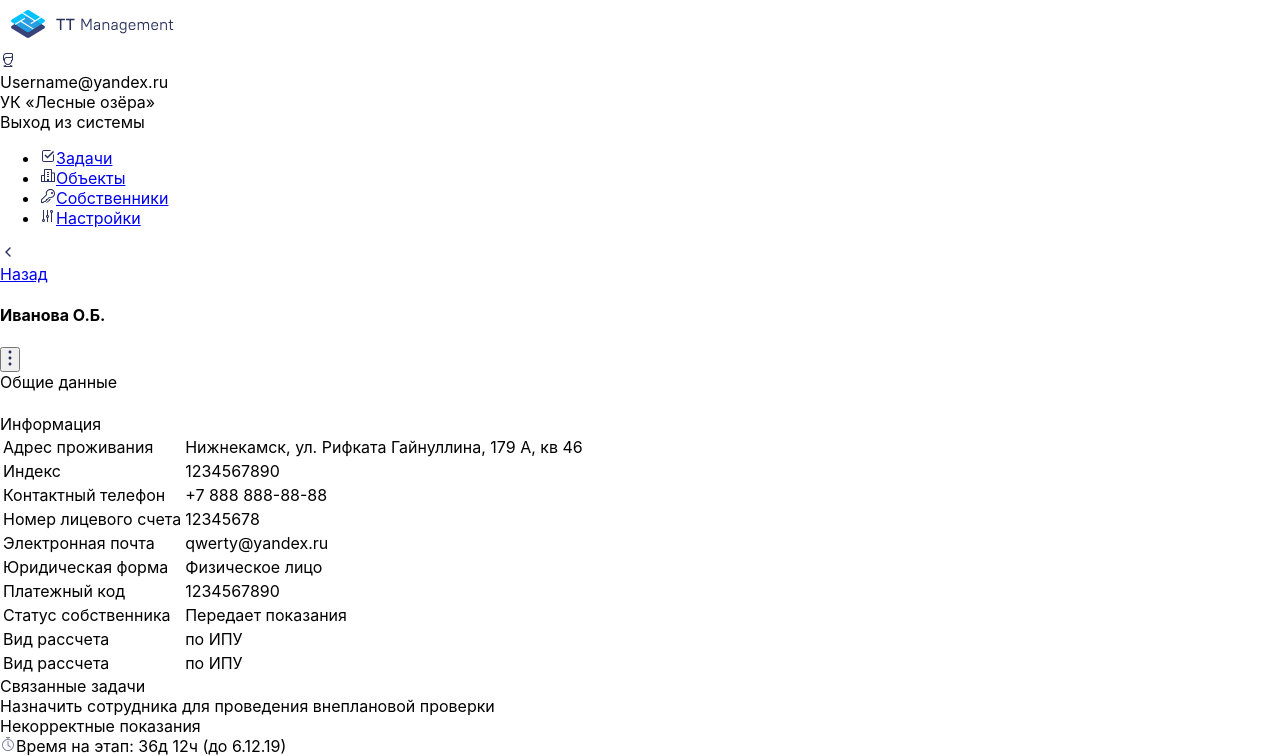
Repository: TryBr/tt-management
Page: /owners/1
An editor plug-in stored every save of this project. The page is shown before and after the next save, followed by the edit.
The browser window is 1280 px wide. The pictures show the whole page.
The project was rebuilt for these pictures with package versions that can differ from the ones it lists, and the page was loaded fresh each time. Also part of the build but not shown: src/App.css, src/TaskDetail.js, src/Owners.js, src/OwnerEdit.js.

Above is the page before, as saved 2020-07-21 13:43:14.

After the next save:
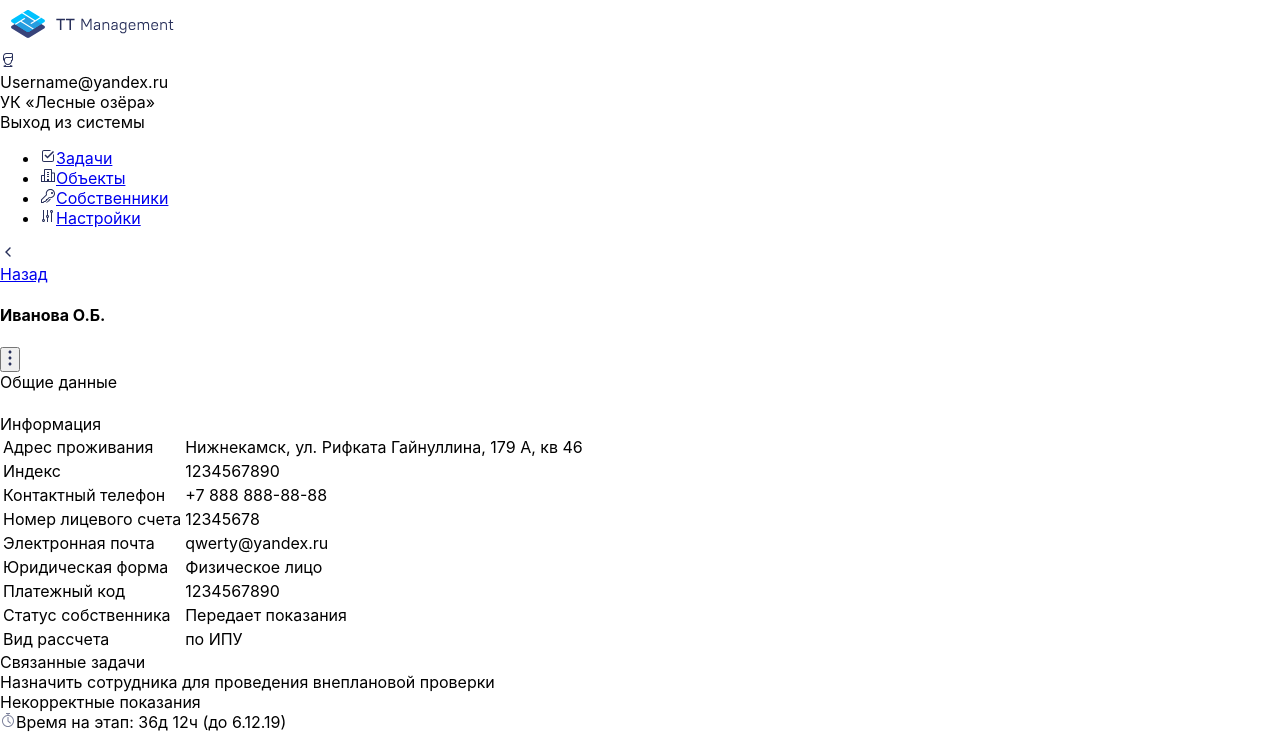
Saved 3 min 11 s later.
--- a/src/OwnerDetail.js
+++ b/src/OwnerDetail.js
@@ -125,10 +125,6 @@ const Owner = ({ owner }) => {
                                         <td>{tableColumns[8].label}</td>
                                         <td>{owner[id].payType}</td>
                                     </tr>
-                                    <tr>
-                                        <td>{tableColumns[8].label}</td>
-                                        <td>{owner[id].payType}</td>
-                                    </tr>
                                 </table>
                             </div>
                         </Col>
